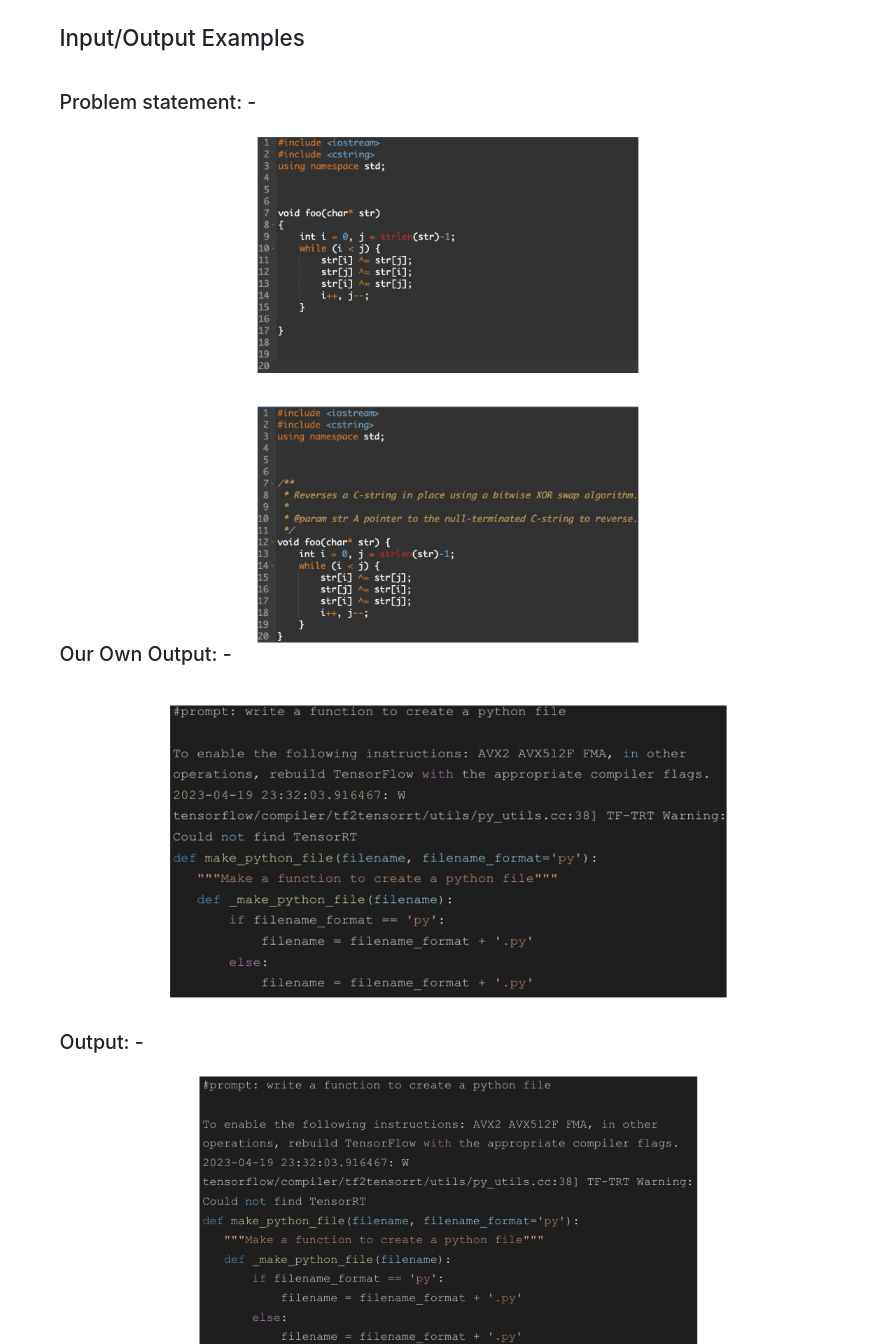
Repository: Shaalan-omar/ConcodePlus
Page: team-specific/index.html
These files come from the project's save history. The page is drawn as it stood at one moment and after the next save; the edit follows.
The browser window is 1280 px wide. The pictures show the part of the page from y = 1857 to 3777 px (the page is 8132 px tall), at 70% of full size.

Above is the page before, as saved 2023-05-14 00:59:46.

After the next save:
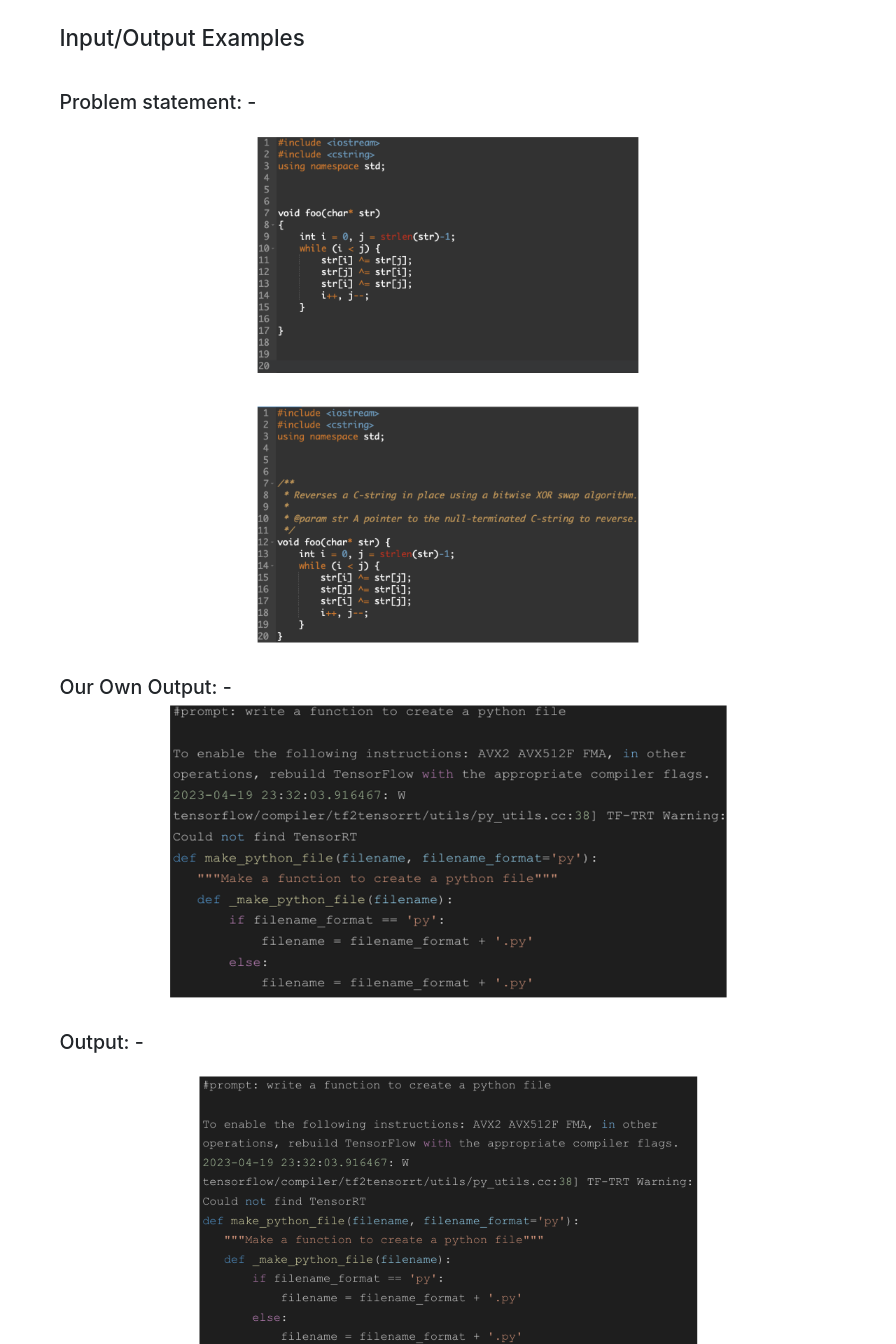
Saved 16 s later.
--- a/team-specific/index.html
+++ b/team-specific/index.html
@@ -121,12 +121,13 @@
       		<img src="resources/images/Problem_Stat_2.png" class="img-fluid text-center">
     	</div>
 
+
+        <br>
+      </br>
          <h3>
 			 Our Own Output: -
         </h3>
 
-        <br>
-      </br>
       	    <div class="img-container" align="center"> <!-- Block parent element -->
       		<img src="resources/images/output_real.png" class="img-fluid text-center">
     	</div>
